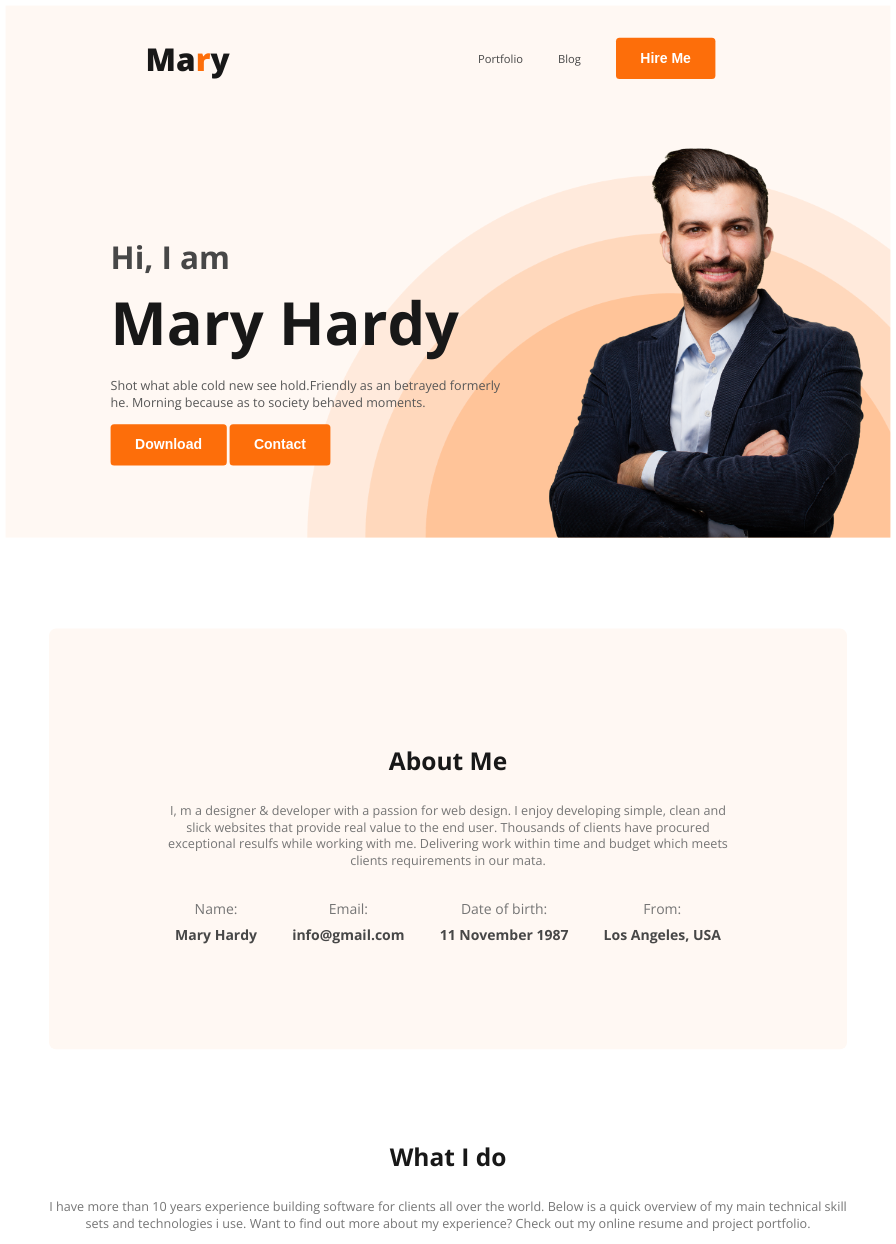
Repository: ShouravAhammed/Simple-Portfolio-Webpage
Page: index.html
An editor plug-in stored every save of this project. The page is shown before and after the next save, followed by the edit.
The browser window is 1280 px wide. The pictures show the whole page, at 70% of full size.

Above is the page before, as saved 2024-01-06 02:02:32.

After the next save:
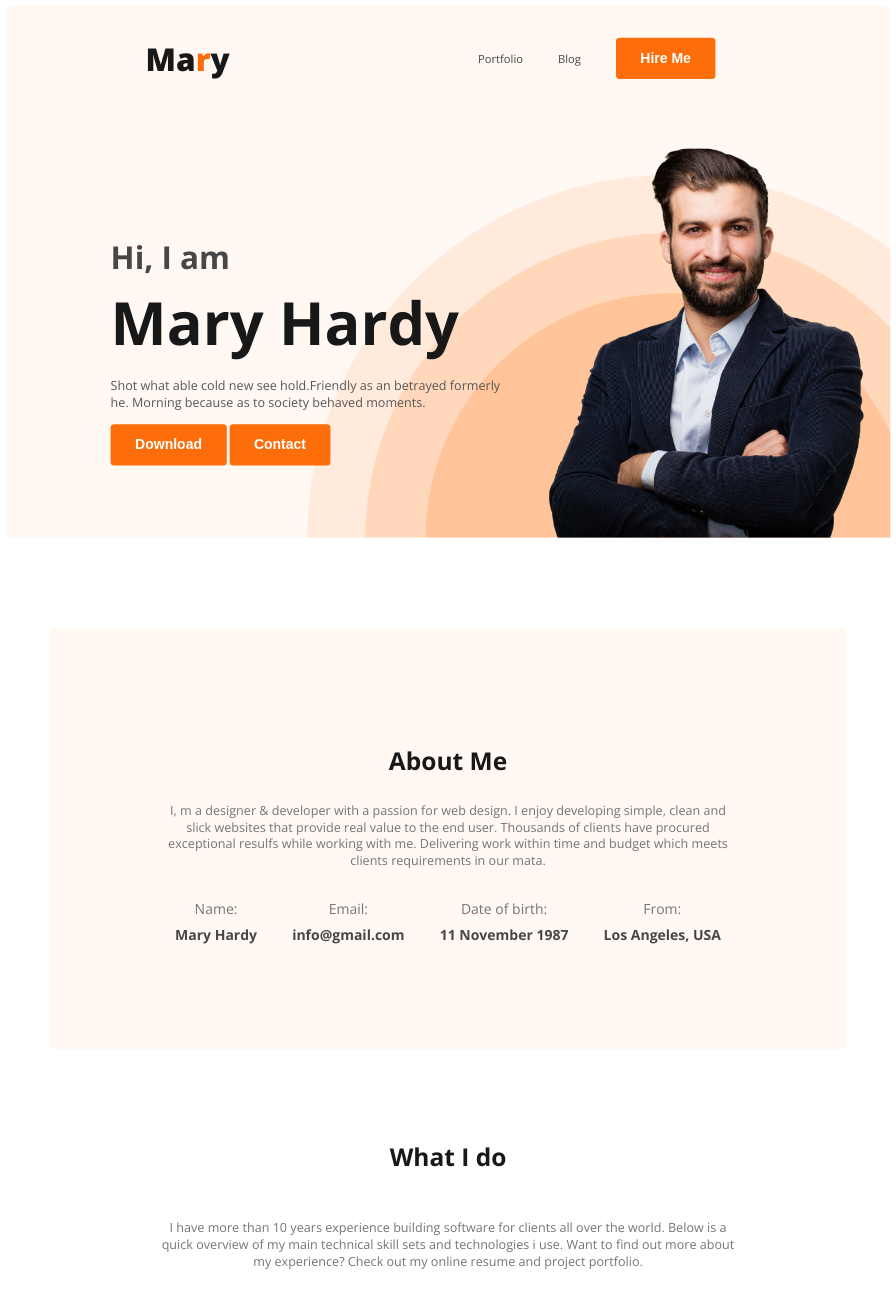
Saved 27 s later.
--- a/index.css
+++ b/index.css
@@ -129,3 +129,6 @@ main{
     font-weight: 700;
     margin-top: 10px;
 }
+#what-i-do-description{
+    padding: 30px 150px;
+}
